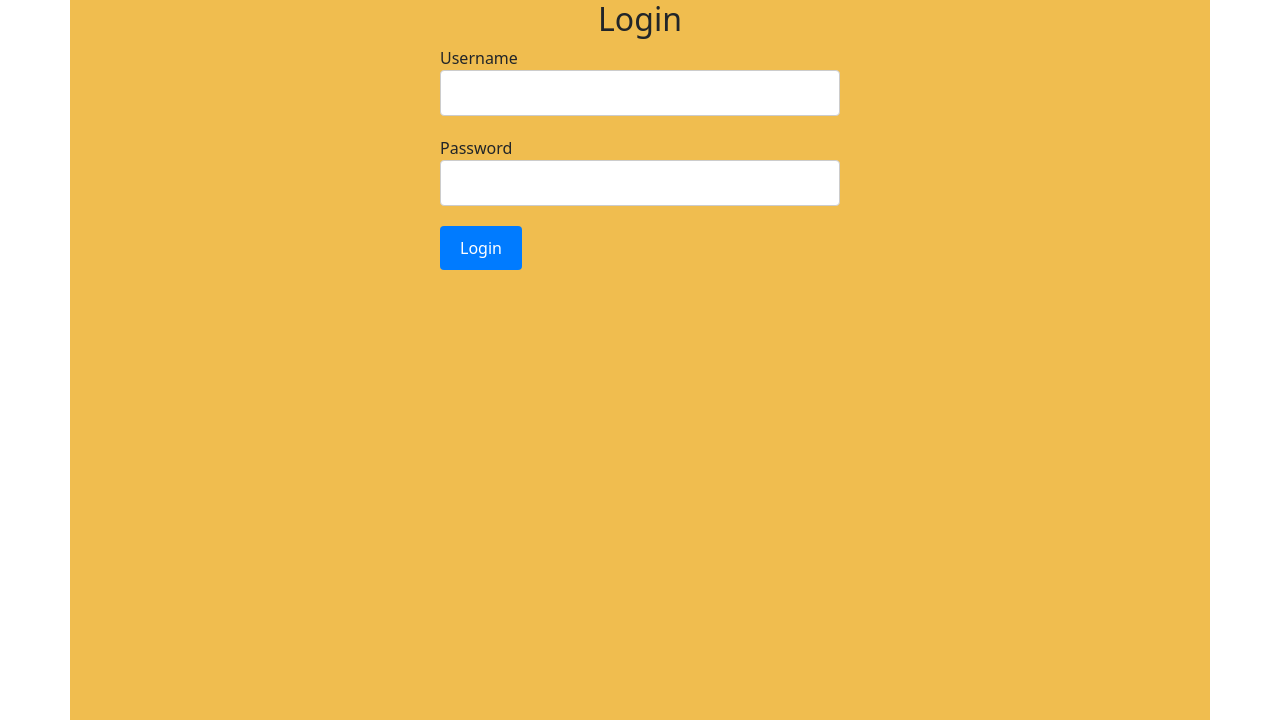
Repository: gabrielwodtke282/PetShop-fofinhos
Page: front-end/index.html
An editor plug-in stored every save of this project. The page is shown before and after the next save, followed by the edit.
The browser window is 1280 px wide. The pictures show the whole page.

Above is the page before, as saved 2026-03-23 10:07:45.

### front-end/index.html
<!DOCTYPE html>
<html lang="pt-BR">

<head>
    <meta charset="UTF-8">
    <meta name="viewport" content="width=device-width, initial-scale=1.0">
    <title>Fofinhos Petshop</title>
    <link href="styles.css" rel="stylesheet">
    <link href="https://cdn.jsdelivr.net/npm/bootstrap@5.3.8/dist/css/bootstrap.min.css" rel="stylesheet">
</head>

<body>
    <div class="container min-vh-100 w-100  100vh">
    <h2 class="text-center">Login</h2>
    <div class="row">
        <div class="col-md-6 offset-md-3">
            <form class="login-form">
                <div class="form-group">
                    <label for="username">Username</label>
                    <input type="text" id="username" name="username" required>
                </div>
                <div class="form-group">
                    <label for="password">Password</label>
                    <input type="password" id="password" name="password" required>
                </div>
                <button type="submit" class="btn btn-primary btn-block">Login</button>
            </form>
        </div>
    </div>
</div>
</body>

</html>

### front-end/styles.css
.login-form {
    max-width: 400px;
    margin: 0 auto;
}

.login-form input[type="text"],
.login-form input[type="password"] {
    width: 100%;
    padding: 10px;
    border: 1px solid #ccc;
    border-radius: 4px;
    box-sizing: border-box;
}

.login-form button {
    background-color: #007bff;
    color: #fff;
    padding: 10px 20px;
    border: none;
    border-radius: 4px;
    cursor: pointer;
}

.login-form button:hover {
    background-color: #0056b3;
}

.login-form .form-group {
    margin-bottom: 20px;
}

.container{
    background-color: #f0bd4f;
}

After the next save:
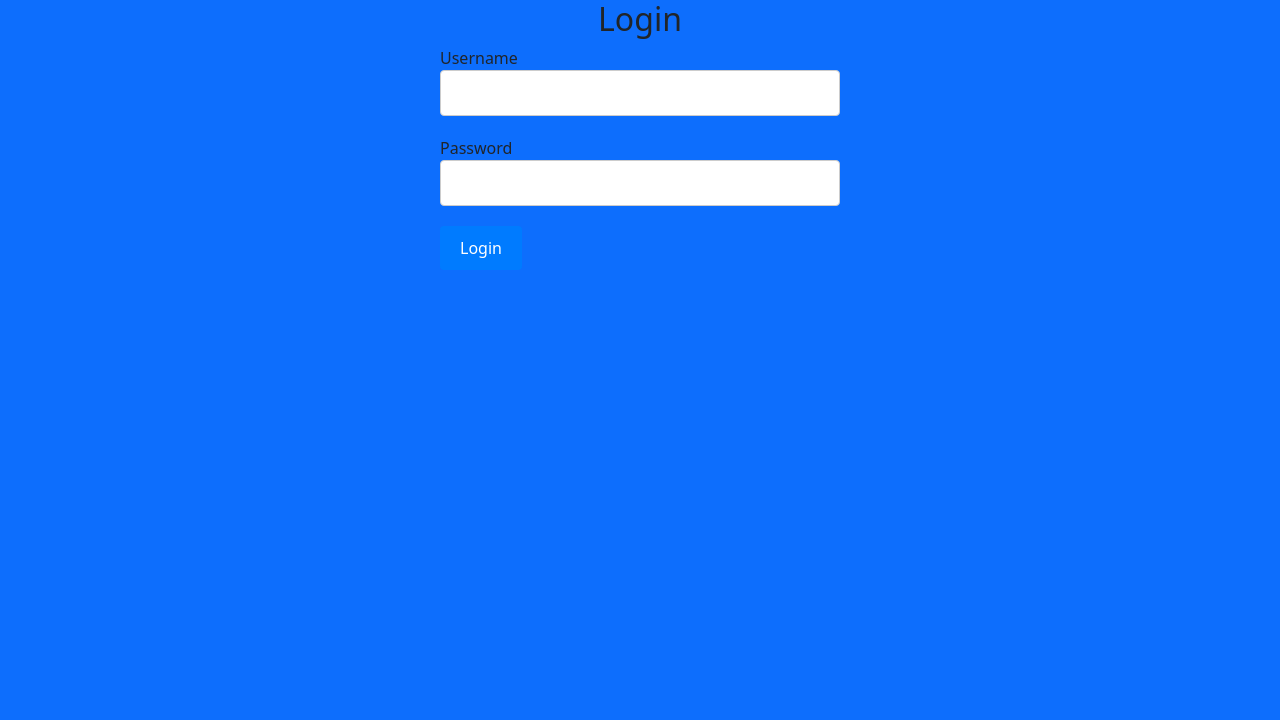
Saved 10 s later.
--- a/front-end/index.html
+++ b/front-end/index.html
@@ -10,7 +10,7 @@
 </head>
 
 <body>
-    <div class="container min-vh-100 w-100  100vh">
+    <div class="container-fluid min-vh-100 w-100 bg-primary">
     <h2 class="text-center">Login</h2>
     <div class="row">
         <div class="col-md-6 offset-md-3">
